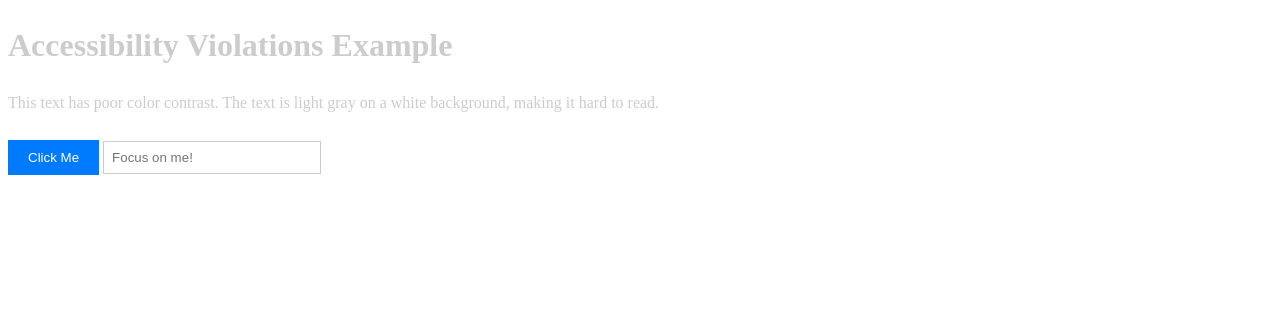
Repository: SumanReddy18/wcag_helper
Page: index_focus.html
The author's editor kept a copy of each file at every save. The page is drawn from the files as they stood at one save, then again after the next save.
The browser window is 1280 px wide. The pictures show the whole page.

Above is the page before, as saved 2024-10-04 06:25:59.

After the next save:
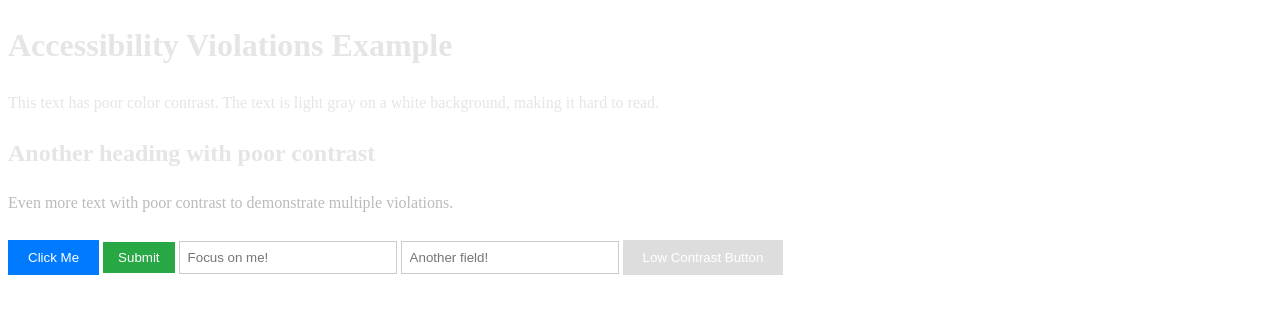
Saved 6 min 39 s later.
--- a/index_focus.html
+++ b/index_focus.html
@@ -15,6 +15,13 @@
             line-height: 1.5;
         }
 
+        h1,
+        h2,
+        p {
+            color: #e5e5e5;
+            /* Low contrast text for multiple elements */
+        }
+
         .focusable {
             outline: none;
             /* Focus not visible */
@@ -26,22 +33,43 @@
             cursor: pointer;
         }
 
-        .hidden-focus {
+        .focusable-alt {
+            outline: none;
+            /* Focus not visible */
+            padding: 8px 15px;
+            background-color: #28A745;
+            /* Button background */
+            color: white;
+            border: none;
+            cursor: pointer;
+        }
+
+        .hidden-focus,
+        .hidden-focus-alt {
             position: absolute;
             left: -9999px;
-            /* Link is hidden off-screen */
+            /* Multiple hidden links */
         }
 
-        .input-field {
+        .input-field,
+        .input-field-alt {
             border: 1px solid #ccc;
             padding: 8px;
             width: 200px;
             margin: 10px 0;
         }
 
-        .hidden {
+        .hidden,
+        .hidden-alt {
             display: none;
-            /* Additional hidden element */
+            /* Multiple hidden elements */
+        }
+
+        .low-contrast-btn {
+            background-color: #dddddd;
+            color: #ffffff;
+            padding: 10px 20px;
+            border: none;
         }
     </style>
 </head>
@@ -51,24 +79,48 @@
 
     <p>This text has poor color contrast. The text is light gray on a white background, making it hard to read.</p>
 
+    <h2>Another heading with poor contrast</h2>
+
+    <p style="color: #bbb;">Even more text with poor contrast to demonstrate multiple violations.</p>
+
+    <!-- Buttons with focus issues -->
     <button class="focusable">Click Me</button>
+    <button class="focusable-alt">Submit</button>
 
+    <!-- Hidden links -->
     <a href="#" class="hidden-focus">This link is hidden</a>
+    <a href="#" class="hidden-focus-alt">Another hidden link</a>
 
+    <!-- Input fields -->
     <input type="text" class="input-field" placeholder="Focus on me!" />
+    <input type="text" class="input-field-alt" placeholder="Another field!" />
 
+    <!-- Low contrast button -->
+    <button class="low-contrast-btn">Low Contrast Button</button>
+
+    <!-- Hidden elements -->
     <div class="hidden">
         This is some hidden content that should not be focusable or visible.
+    </div>
+
+    <div class="hidden-alt">
+        Another hidden content that should be inaccessible.
     </div>
 
     <script>
         // Simulating focus issues
         const inputField = document.querySelector('.input-field');
+        const inputFieldAlt = document.querySelector('.input-field-alt');
 
         inputField.addEventListener('focus', function () {
             this.style.backgroundColor = 'yellow'; // Change background on focus
             console.log('Input field is focused');
         });
+
+        inputFieldAlt.addEventListener('focus', function () {
+            this.style.backgroundColor = 'lightblue'; // Another background change on focus
+            console.log('Alternate input field is focused');
+        });
     </script>
 </body>
 
